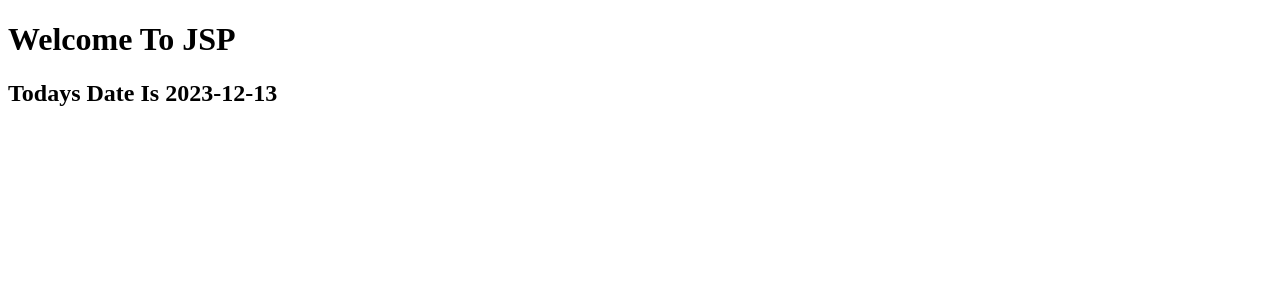
Repository: yashdpatil/Advanced_java
Page: http://localhost/MVC/Hello.jsp
The author's editor kept a copy of each file at every save. The page is drawn from the files as they stood at one save, then again after the next save.
The browser window is 1280 px wide. The pictures show the whole page.
The page is served by Tomcat 9.

Above is the page before, as saved 2023-12-14 04:50:31.

After the next save:
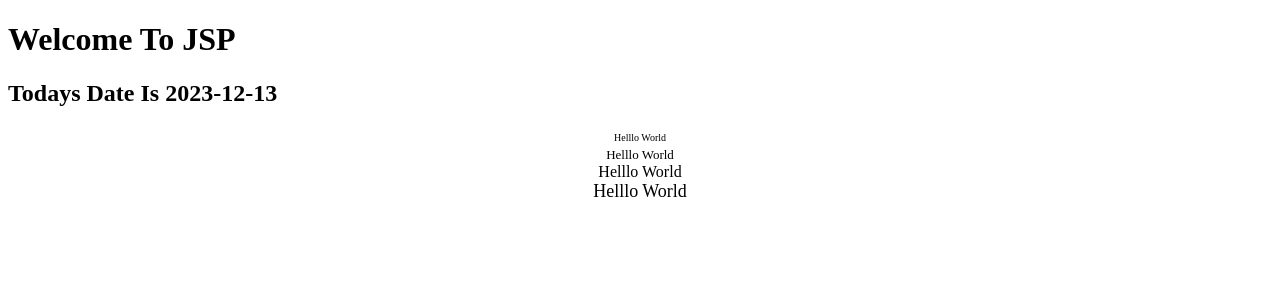
Saved 15 s later.
--- a/MVC/src/main/webapp/Hello.jsp
+++ b/MVC/src/main/webapp/Hello.jsp
@@ -14,7 +14,7 @@
 
 <center>
 <%
-for(int i=3;i<0;i++){
+for(int i=1;i<5;i++){
 %>
 <font size="<%= i %>">Helllo World</font><br />
 

After the save that followed:
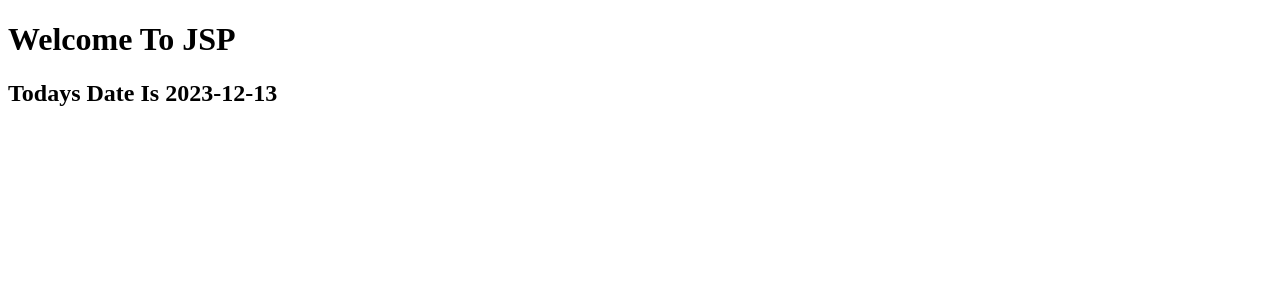
Saved 94 s later.
--- a/MVC/src/main/webapp/Hello.jsp
+++ b/MVC/src/main/webapp/Hello.jsp
@@ -14,7 +14,7 @@
 
 <center>
 <%
-for(int i=1;i<5;i++){
+for(int i=5;i<1;i--){
 %>
 <font size="<%= i %>">Helllo World</font><br />
 
